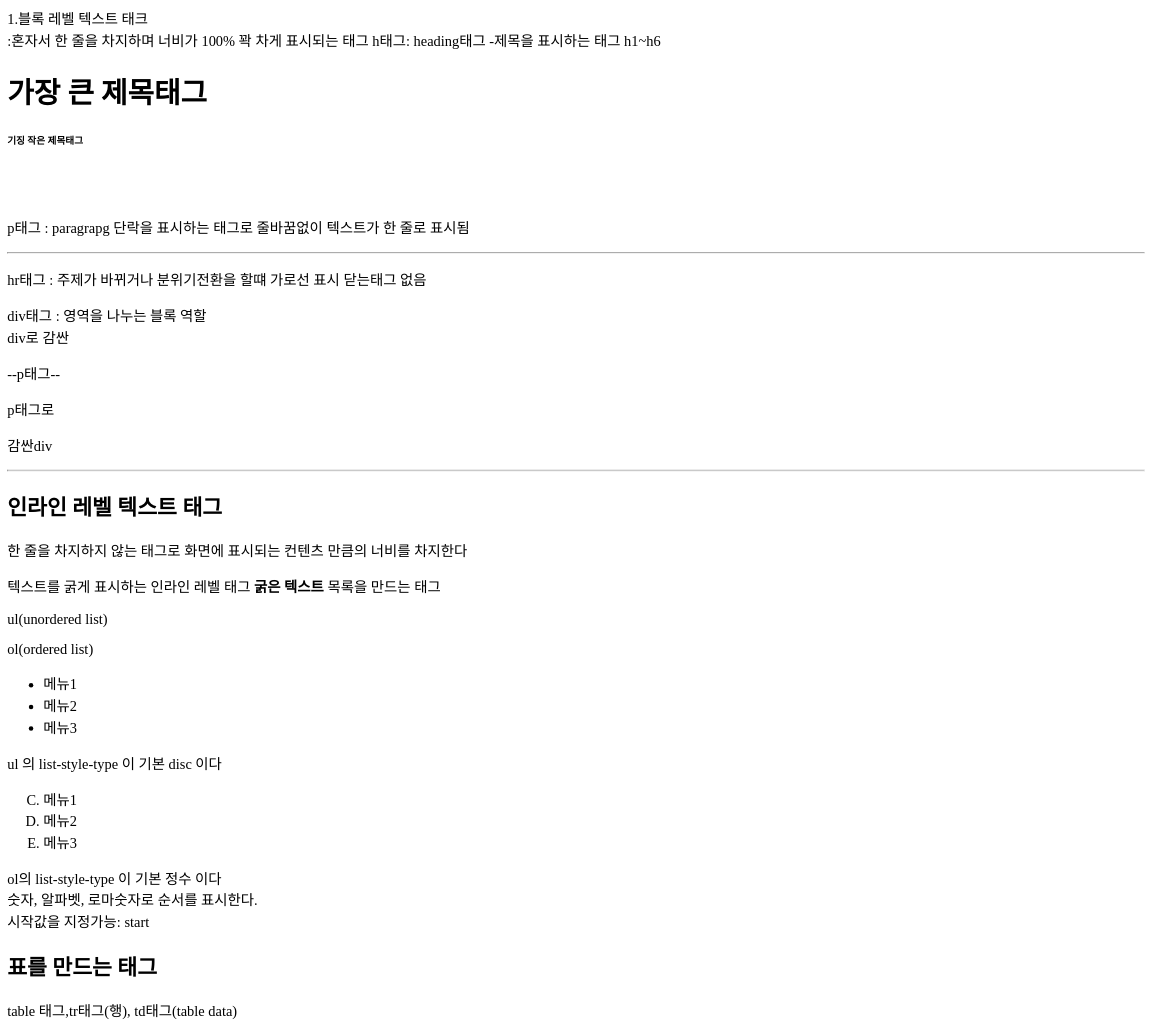
Repository: hana825/Web
Page: web/WebContent/index.html
These files come from the project's save history. The page is drawn as it stood at one moment and after the next save; the edit follows.
The browser window is 1280 px wide. The pictures show the whole page, at 90% of full size.

Above is the page before, as saved 2022-03-17 05:43:01.

### web/WebContent/index.html
<!DOCTYPE html>
<html>
<head>
<meta charset="UTF-8">
<title>Insert title here</title>
</head>
<body>
1.블록 레벨 텍스트 태크<br>
:혼자서 한 줄을 차지하며 너비가 100% 꽉 차게 표시되는 태그

h태그: heading태그 -제목을 표시하는 태그 h1~h6
<h1>가장 큰 제목태그</h1>
<h6>기징 작은 제목태그</h6>
<br><br>
<p>
p태그 : paragrapg 단락을 표시하는 태그로
줄바꿈없이 텍스트가 한 줄로 표시됨
</p>
<hr>

<p>
hr태그 : 주제가 바뀌거나 분위기전환을 할떄 가로선 표시
닫는태그 없음
</p>
<div>
div태그 : 영역을 나누는 블록 역할
</div>

<div> div로 감싼
	<p>--p태그--</p>
</div>

<p>p태그로<div>감싼div </div> </p>
<hr>
<h2>인라인 레벨 텍스트 태그</h2>
<p> 한 줄을 차지하지 않는 태그로 화면에 표시되는 컨텐츠 만큼의 너비를 차지한다
</p>
<!-- 실행에서 제외하고자 하는 코드는 주석처리 -->
텍스트를 굵게 표시하는 인라인 레벨 태그
<strong>굵은 텍스트
</strong>
목록을 만드는 태그
<p>ul(unordered list)</p>
<p>ol(ordered list)</p>
<ul>
	<li>메뉴1</li>
	<li>메뉴2</li>
	<li>메뉴3</li>
</ul>
<p>ul 의 list-style-type 이 기본 disc 이다</p>
<ol start='3' type="A">
	<li>메뉴1</li>
	<li>메뉴2</li>
	<li>메뉴3</li>
</ol>
<p>ol의 list-style-type 이 기본 정수 이다<br>
   숫자, 알파벳, 로마숫자로 순서를 표시한다.<br>
   시작값을 지정가능: start<br>
</p>

<h2>표를 만드는 태그</h2>
<p>table 태그,tr태그(행), td태그(table data)<br>

</p>






</body>
</html>

After the next save:
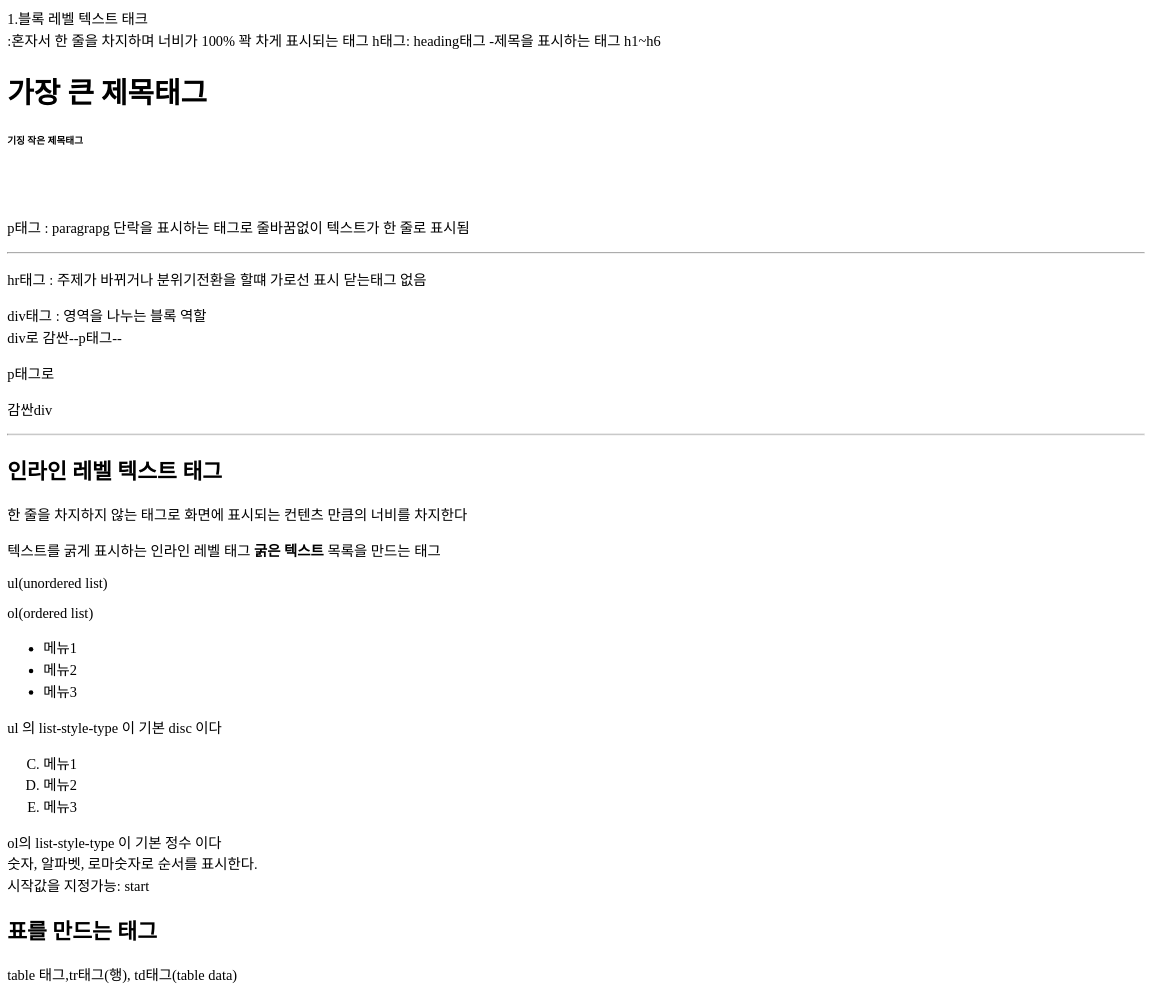
Saved 91 s later.
--- a/web/WebContent/index.html
+++ b/web/WebContent/index.html
@@ -26,8 +26,7 @@ hr태그 : 주제가 바뀌거나 분위기전환을 할떄 가로선 표시
 div태그 : 영역을 나누는 블록 역할
 </div>
 
-<div> div로 감싼
-	<p>--p태그--</p>
+<div> div로 감싼<span>--p태그--</span>
 </div>
 
 <p>p태그로<div>감싼div </div> </p>
